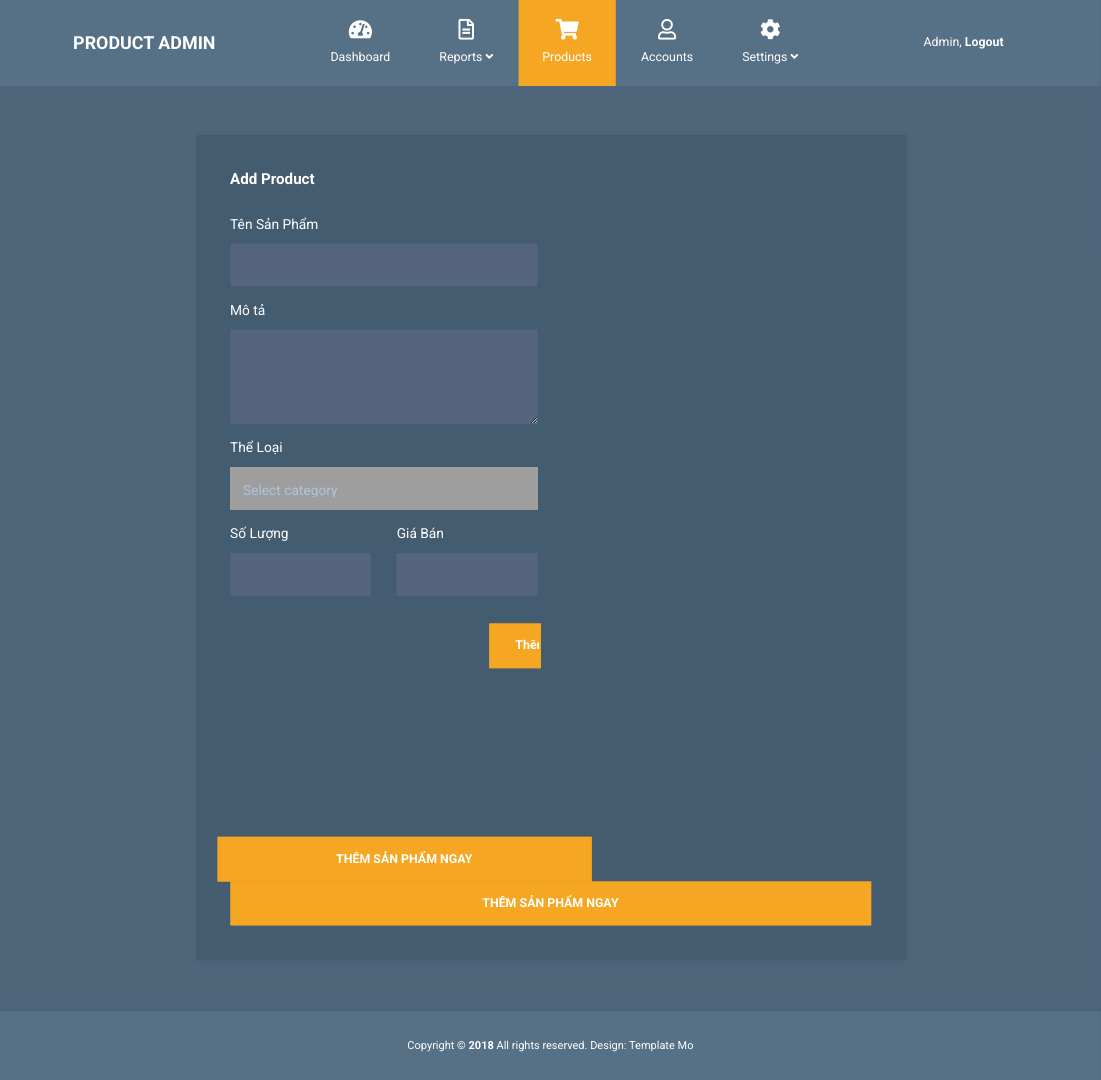
Repository: TruongNguyen0512/Bookhabor-ecommere-web
Page: http://localhost/bookHabor/add-product.jsp
An editor plug-in stored every save of this project. The page is shown before and after the next save, followed by the edit.
The browser window is 1280 px wide. The pictures show the whole page, at 86% of full size.
Pictures or frames that could not be fetched are drawn as grey boxes. The page is served by Tomcat 9. Nobody is signed in. The application's start-up code is not run. Other server files are loaded and not shown.

Above is the page before, as saved 2023-12-08 17:55:01.

### bookHabor/src/main/webapp/add-product.jsp
<%@ page language="java" contentType="text/html; charset=UTF-8"
	pageEncoding="UTF-8"%>
<!DOCTYPE html>
<html lang="en">
<head>
<meta charset="UTF-8" />
<meta name="viewport" content="width=device-width, initial-scale=1.0" />
<meta http-equiv="X-UA-Compatible" content="ie=edge" />
<title>Add Product - Dashboard HTML Template</title>
<link rel="stylesheet"
	href="https://fonts.googleapis.com/css?family=Roboto:400,700" />
<!-- https://fonts.google.com/specimen/Roboto -->
<link rel="stylesheet" href="css/fontawesome.min.css" />
<!-- https://fontawesome.com/ -->
<link rel="stylesheet" href="jquery-ui-datepicker/jquery-ui.min.css"
	type="text/css" />
<!-- http://api.jqueryui.com/datepicker/ -->
<link rel="stylesheet" href="css/bootstrap.min.css" />
<!-- https://getbootstrap.com/ -->
<link rel="stylesheet" href="css/templatemo-style.css">
<!--
	Product Admin CSS Template
	https://templatemo.com/tm-524-product-admin
	-->
</head>

<body>
	<nav class="navbar navbar-expand-xl">
		<div class="container h-100">
			<a class="navbar-brand" href="index.html">
				<h1 class="tm-site-title mb-0">Product Admin</h1>
			</a>
			<button class="navbar-toggler ml-auto mr-0" type="button"
				data-toggle="collapse" data-target="#navbarSupportedContent"
				aria-controls="navbarSupportedContent" aria-expanded="false"
				aria-label="Toggle navigation">
				<i class="fas fa-bars tm-nav-icon"></i>
			</button>

			<div class="collapse navbar-collapse" id="navbarSupportedContent">
				<ul class="navbar-nav mx-auto h-100">
					<li class="nav-item"><a class="nav-link" href="index.html">
							<i class="fas fa-tachometer-alt"></i> Dashboard <span
							class="sr-only">(current)</span>
					</a></li>
					<li class="nav-item dropdown"><a
						class="nav-link dropdown-toggle" href="#" id="navbarDropdown"
						role="button" data-toggle="dropdown" aria-haspopup="true"
						aria-expanded="false"> <i class="far fa-file-alt"></i> <span>
								Reports <i class="fas fa-angle-down"></i>
						</span>
					</a>
						<div class="dropdown-menu" aria-labelledby="navbarDropdown">
							<a class="dropdown-item" href="#">Daily Report</a> <a
								class="dropdown-item" href="#">Weekly Report</a> <a
								class="dropdown-item" href="#">Yearly Report</a>
						</div></li>
					<li class="nav-item"><a class="nav-link active"
						href="products.html"> <i class="fas fa-shopping-cart"></i>
							Products
					</a></li>

					<li class="nav-item"><a class="nav-link" href="accounts.html">
							<i class="far fa-user"></i> Accounts
					</a></li>
					<li class="nav-item dropdown"><a
						class="nav-link dropdown-toggle" href="#" id="navbarDropdown"
						role="button" data-toggle="dropdown" aria-haspopup="true"
						aria-expanded="false"> <i class="fas fa-cog"></i> <span>
								Settings <i class="fas fa-angle-down"></i>
						</span>
					</a>
						<div class="dropdown-menu" aria-labelledby="navbarDropdown">
							<a class="dropdown-item" href="#">Profile</a> <a
								class="dropdown-item" href="#">Billing</a> <a
								class="dropdown-item" href="#">Customize</a>
						</div></li>
				</ul>
				<ul class="navbar-nav">
					<li class="nav-item"><a class="nav-link d-block"
						href="login.html"> Admin, <b>Logout</b>
					</a></li>
				</ul>
			</div>
		</div>
	</nav>
	<div class="container tm-mt-big tm-mb-big">
		<div class="row">
			<div class="col-xl-9 col-lg-10 col-md-12 col-sm-12 mx-auto">
				<div class="tm-bg-primary-dark tm-block tm-block-h-auto">
					<div class="row">
						<div class="col-12">
							<h2 class="tm-block-title d-inline-block">Add Product</h2>
						</div>
					</div>
					<div class="row tm-edit-product-row">
						<div class="col-xl-6 col-lg-6 col-md-12">
							<form action="" class="tm-edit-product-form" method="POST">
								<div class="form-group mb-3">
									<label for="name">Tên Sản Phẩm </label> <input id="tenSanPham"
										name="tenSanPham" type="text" class="form-control validate"
										required />
								</div>
								<div class="form-group mb-3">
									<label for="description">Mô tả</label>
									<textarea class="form-control validate" rows="3" name="moTa"
										required></textarea>
								</div>
								<div class="form-group mb-3">
									<label for="category">Thể Loại</label> <select
										class="custom-select tm-select-accounts" id="category"
										name="category">
										<option selected>Select category</option>
										<option value="khoaHoc">Khoa Học</option>
										<option value="vanHoc">Văn Học</option>
										<option value="doiSong">Đời Sống</option>
									</select>
								</div>
								<div class="row">
									<div class="form-group mb-3 col-xs-12 col-sm-6">
										<label for="expire_date">Số Lượng</label> <input id=""
											name="soLuong" type="text" class="form-control validate"
											data-large-mode="true" />
									</div>
									<div class="form-group mb-3 col-xs-12 col-sm-6">
										<label for="stock">Giá Bán</label> <input id="stock"
											name="giaBan" type="text" class="form-control validate"
											required />
									</div>
								</div>
						</div>
						<div class="row tm-edit-product-row">
							<div class="col-xl-6 col-lg-6 col-md-12">
								<form action="" class="tm-edit-product-form" method="POST">
									<!-- Thêm các input cho tên sản phẩm, mô tả, thể loại, số lượng, giá bán ở đây -->
								</form>
							</div>
							<div class="row">
								<div class="col-xl-4 col-lg-4 col-md-4 mx-auto mb-4">
									<div class="tm-product-img-dummy mx-auto">
										<img id="uploadedImage1" src="" alt="Uploaded Image 1"
											style="display: none; max-width: 100%; height: auto;">
									</div>
									<input id="fileInput1" name="fileInput1" type="file"
										style="display: none;" onchange="previewImage(event, 1)">
								</div>
								<div class="col-xl-4 col-lg-4 col-md-4 mx-auto mb-4">
									<div class="tm-product-img-dummy mx-auto">
										<img id="uploadedImage2" src="" alt="Uploaded Image 2"
											style="display: none; max-width: 100%; height: auto;">
									</div>
									<input id="fileInput2" name="fileInput2" type="file"
										style="display: none;" onchange="previewImage(event, 2)">
								</div>
								<div class="col-xl-4 col-lg-4 col-md-4 mx-auto mb-4">
									<div class="tm-product-img-dummy mx-auto">
										<img id="uploadedImage3" src="" alt="Uploaded Image 3"
											style="display: none; max-width: 100%; height: auto;">
									</div>
									<input id="fileInput3" name="fileInput3" type="file"
										style="display: none;" onchange="previewImage(event, 3)">
								</div>
							</div>
							<div class="row">
								<div class="col-xl-6 col-lg-6 col-md-12 mx-auto mb-4">
									<div class="custom-file mt-3 mb-3">
										<input type="button" class="btn btn-primary btn-block mx-auto"
											value="Thêm Ảnh" onclick="openFileInput()">
									</div>
								</div>
							</div>
							<div class="col-12">
								<button type="submit"
									class="btn btn-primary btn-block text-uppercase"
									value="themSanPham">Thêm Sản Phẩm Ngay</button>
							</div>
						</div>
						<div class="col-12">
							<button type="submit"
								class="btn btn-primary btn-block text-uppercase"
								value="themSanPham">Thêm Sản Phẩm Ngay</button>
						</div>
						</form>
					</div>
				</div>
			</div>
		</div>
	</div>
	<footer class="tm-footer row tm-mt-small">
		<div class="col-12 font-weight-light">
			<p class="text-center text-white mb-0 px-4 small">
				Copyright &copy; <b>2018</b> All rights reserved. Design: <a
					rel="nofollow noopener" href="https://templatemo.com"
					class="tm-footer-link">Template Mo</a>
			</p>
		</div>
	</footer>

	<script src="js/jquery-3.3.1.min.js"></script>
	<!-- https://jquery.com/download/ -->
	<script src="jquery-ui-datepicker/jquery-ui.min.js"></script>
	<!-- https://jqueryui.com/download/ -->
	<script src="js/bootstrap.min.js"></script>
	<!-- https://getbootstrap.com/ -->
	<script>
		$(function() {
			$("#expire_date").datepicker();
		});
	</script>

	<script>
		let currentImageNumber = 1;

		function openFileInput() {
			if (currentImageNumber <= 3) {
				document.getElementById('fileInput' + currentImageNumber)
						.click();
				currentImageNumber++;
			}
		}

		function previewImage(event, imageNumber) {
			const input = event.target;
			if (input.files && input.files[0]) {
				const reader = new FileReader();

				reader.onload = function(e) {
					const imageId = 'uploadedImage' + imageNumber;
					const image = document.getElementById(imageId);
					image.src = e.target.result;
					image.style.display = 'block';
				};

				reader.readAsDataURL(input.files[0]);
			}
		}
	</script>
</body>
</html>

### bookHabor/src/main/webapp/css/templatemo-style.css
@charset "ISO-8859-1";
/*

Product Admin CSS Template

https://templatemo.com/tm-524-product-admin

*/

html {
  font-size: 16px;
  overflow-x: hidden;
}
body {
  font-family: Roboto, Helvetica, Arial, sans-serif;
  background-color: #4e657a;
  overflow-x: hidden;
}
a {
  transition: all 0.3s ease;
}
a:focus,
a:hover {
  text-decoration: none;
}
button:focus {
  outline: 0;
}
.navbar-brand {
  display: flex;
  align-items: center;
}
.tm-site-icon {
  color: #656565;
}
.tm-site-title {
  display: inline-block;
  text-transform: uppercase;
  font-size: 1.3rem;
  font-weight: 700;
  color: #fff;
}
.navbar {
  height: 100px;
  background-color: #567086;
  padding: 0;
}
.navbar .container {
  position: relative;
}
.tm-logout-icon {
  font-size: 1.5em;
}
.tm-mt-big {
  margin-top: 57px;
}
.tm-mb-big {
  margin-bottom: 60px;
}
.tm-mt-small {
  margin-top: 20px;
}
.tm-block-col {
  margin-bottom: 30px;
}
.tm-block {
  padding: 40px;
  -webkit-box-shadow: 1px 1px 5px 0 #455c71;
  -moz-box-shadow: 1px 1px 5px 0 #455c71;
  box-shadow: 1px 1px 5px 0 #455c71;
  min-height: 350px;
  height: 100%;
  max-height: 450px;
}
.tm-block-avatar,
.tm-block-settings {
  max-height: none;
}
.tm-block-avatar {
  height: auto;
}
.tm-block-h-auto {
  min-height: 1px;
  max-height: none;
  height: auto;
}
.tm-block-scroll {
  overflow-y: scroll;
}
.tm-block-overflow {
  overflow: hidden;
}
.tm-block-title {
  font-size: 1.1rem;
  font-weight: 700;
  color: #fff;
  margin-bottom: 30px;
}
.nav-link {
  color: #fff;
  height: 100%;
  display: flex;
  align-items: center;
  justify-content: center;
  flex-direction: column;
  font-size: 90%;
}
.nav-link > i {
  margin-bottom: 10px;
  margin-right: 0;
  font-size: 1.5rem;
}
.dropdown-item,
.nav-link {
  padding: 15px 20px;
}
.dropdown-menu {
  font-size: 90%;
  color: #fff;
  background-color: #567086;
  border-radius: 0;
  padding-top: 10px;
  padding-bottom: 10px;
  min-width: auto;
}
.dropdown-item {
  color: #fff;
  padding: 15px 30px;
}
.navbar-nav .active > .nav-link,
.navbar-nav .nav-link.active {
  background-color: #f5a623;
  color: #fff;
}
.navbar-nav .nav-link.active i {
  color: #fff;
}
.dropdown-item:focus,
.dropdown-item:hover {
  background-color: #567086;
}
.navbar-nav a:hover,
.navbar-nav a:hover i {
  color: #f5a623;
}
.nav-item {
  text-align: center;
}
.nav-item:last-child {
  margin-right: 0;
}
.dropdown-toggle::after {
  display: none;
}
.dropdown-menu {
  margin-top: 0;
  border: 0;
}
.tm-content-row {
  justify-content: space-between;
  margin-left: -20px;
  margin-right: -20px;
}
.tm-col {
  padding-left: 20px;
  padding-right: 20px;
  margin-bottom: 50px;
}
.tm-col-big {
  width: 39%;
}
.tm-col-small {
  width: 21.95%;
}
.tm-gray-circle {
  width: 80px;
  height: 80px;
  background-color: #aaa;
  border-radius: 50%;
  margin-right: 15px;
}
.tm-notification-items {
  overflow-y: scroll;
  height: 90%;
}
.tm-notification-item {
  padding: 15px;
  background-color: #4e657a;
  color: #fff;
  font-size: 95%;
  margin-bottom: 15px;
}
.tm-notification-item:last-child {
  margin-bottom: 0;
}
.tm-notification-link {
  color: #f5a623;
}
.tm-text-color-secondary {
  color: #bdcbd8;
}
.tm-small {
  font-size: 90%;
}
.table {
  background-color: #50697f;
  color: #fff;
  font-size: 85%;
  margin-bottom: 0;
}
thead {
  background-color: #486177;
  color: #fff;
}
.table thead th {
  border-bottom: 0;
}
.tm-status-circle {
  display: inline-block;
  margin-right: 5px;
  vertical-align: middle;
  width: 5px;
  height: 5px;
  border-radius: 50%;
  margin-top: -3px;
}
.moving {
  background-color: #9be64d;
  box-shadow: 0 0 8px #9be64d, inset 0 0 8px #9be64d;
}
.pending {
  background-color: #efc54b;
  box-shadow: 0 0 8px #efc54b, inset 0 0 8px #efc54b;
}
.cancelled {
  background-color: #da534f;
  box-shadow: 0 0 8px #da534f, inset 0 0 8px #da534f;
}
.tm-avatar {
  width: 345px;
}
.tm-avatar-container {
  position: relative;
  cursor: pointer;
  display: flex;
  align-items: center;
  flex-direction: column;
}
.tm-avatar-delete-link {
  position: absolute;
  left: 50%;
  top: 50%;
  margin-left: -25px;
  margin-top: -25px;
  z-index: 1000;
  padding: 14px;
  border-radius: 50%;
  background-color: rgba(57, 78, 100, 0.7);
  display: inline-block;
  width: 50px;
  height: 50px;
  text-align: center;
  display: none;
  transition: all 0.2s ease;
}
.tm-avatar-container:hover .tm-avatar-delete-link {
  display: block;
}
.tm-col-avatar {
  max-width: 425px;
  width: 37%;
  padding-left: 15px;
  padding-right: 15px;
}
.tm-col-account-settings {
  max-width: 822px;
  width: 63%;
  padding-left: 15px;
  padding-right: 15px;
}
.form-control {
  background-color: #54657d;
  color: #fff;
  border: 0;
}
.form-control:focus {
  background-color: #60738e;
  color: #fff;
  border-color: transparent;
  box-shadow: 0 0 0 0.1rem rgb(180, 206, 233, 0.5);
}
.form-group label {
  color: #fff;
  margin-bottom: 10px;
}
.tm-hide-sm {
  display: block;
}
.tm-list-group {
  counter-reset: myOrderedListItemsCounter;
  padding-left: 0;
}
.tm-list-group > li {
  list-style-type: none;
  position: relative;
  cursor: pointer;
  transition: all 0.3s ease;
  padding: 8px;
}
.tm-list-group > li:hover {
  color: #0266c4;
}
.tm-list-group > li:before {
  counter-increment: myOrderedListItemsCounter;
  content: counter(myOrderedListItemsCounter) ".";
  margin-right: 0.5em;
}
.tm-list {
  padding-left: 30px;
}
.tm-list > li {
  margin-bottom: 20px;
}
.form-control {
  padding: 19px 18px;
  border-radius: 0;
  height: 50px;
}
.form-group {
  margin-bottom: 15px;
}
.btn {
  border-radius: 0;
  padding: 13px 28px;
  transition: all 0.2s ease;
  max-width: 100%;
}
.btn-small {
  padding: 10px 24px;
}
.btn-primary {
  color: #fff;
  background-color: #f5a623;
  border: 2px solid #f5a623;
  font-size: 90%;
  font-weight: 600;
}
.btn-primary:active,
.btn-primary:hover {
  color: #f5a623;
  background-color: transparent;
  border: 2px solid #f5a623;
}
.custom-file-input {
  cursor: pointer;
}
.custom-file-label {
  border-radius: 0;
}
.table td,
.table th {
  border-top: 1px solid #415a70;
  padding: 15px 25px;
  vertical-align: middle;
}
.tm-table-small td,
.tm-table-small th {
  padding-left: 12px;
  padding-right: 12px;
}
.table-hover tbody tr {
  transition: all 0.2s ease;
}
.table-hover tbody tr:hover {
  color: #a0c0de;
}
.tm-bg-primary-dark {
  background-color: #435c70;
}
.tm-bg-gray {
  background-color: rgba(0, 0, 0, 0.05);
}
.tm-table-mt {
  margin-top: 66px;
}
.page-item:first-child .page-link {
  border-top-left-radius: 0;
  border-bottom-left-radius: 0;
}
.page-item:last-child .page-link {
  border-top-right-radius: 0;
  border-bottom-right-radius: 0;
}
.page-link {
  padding: 12px 18px;
}
.page-link,
.page-link:hover {
  color: #000;
}
.page-item {
  margin-right: 18px;
}
.page-item:last-child {
  margin-right: 0;
}
.page-item.active .page-link {
  background-color: #e9ecef;
  border-color: #dee2e6;
  color: #000;
}
input[type="checkbox"] {
  cursor: pointer;
  -webkit-appearance: none;
  appearance: none;
  background-color: #394e64;
  background-position: center;
  border-radius: 50%;
  box-sizing: border-box;
  position: relative;
  box-sizing: content-box;
  width: 24px;
  height: 24px;
  transition: all 0.1s linear;
}
input[type="checkbox"]:checked {
  background: url(../img/check-mark.png) #394e64 center no-repeat;
}
input[type="checkbox"]:focus {
  outline: 0 none;
  box-shadow: none;
}
.tm-block-products {
  min-height: 725px;
}
.tm-block-product-categories {
  min-height: 650px;
}
.tm-product-table-container {
  max-height: 465px;
  margin-bottom: 15px;
  overflow-y: scroll;
}
.tm-product-table tr {
  font-weight: 600;
}
.tm-product-name {
  font-size: 0.95rem;
  font-weight: 600;
}
.tm-product-delete-icon {
  font-size: 1.1rem;
  color: #fff;
}
.tm-product-delete-link {
  padding: 10px;
  border-radius: 50%;
  background-color: #394e64;
  display: inline-block;
  width: 40px;
  height: 40px;
  text-align: center;
}
.tm-product-delete-link:hover .tm-product-delete-icon {
  color: #6d8ca6;
}
.custom-select {
  width: 100%;
  border: none;
  color: #acc6de;
  height: 50px;
  -webkit-appearance: none;
  -moz-appearance: none;
  -ms-appearance: none;
  -o-appearance: none;
  appearance: none;
  -webkit-border-radius: 0;
  -moz-border-radius: 0;
  -ms-border-radius: 0;
  -o-border-radius: 0;
  border-radius: 0;
  padding: 15px;
  background: url(../img/arrow-down.png) 98% no-repeat #50657b;
}
.custom-select:focus {
  outline: 0;
}
.tm-trash-icon {
  color: #6e6c6c;
  cursor: pointer;
}
.tm-trash-icon:hover {
  color: #9f1321;
}
.tm-footer {
  background-color: #567086;
  padding-top: 30px;
  padding-bottom: 30px;
  -webkit-box-shadow: 0 -3px 5px 0 rgba(69, 92, 113, 0.59);
  -moz-box-shadow: 0 -3px 5px 0 rgba(69, 92, 113, 0.59);
  box-shadow: 0 -3px 5px 0 rgba(69, 92, 113, 0.59);
}
.custom-select {
  height: 50px;
  border-radius: 0;
}
.tm-product-img-dummy {
  max-width: 100%;
  height: 240px;
  display: flex;
  align-items: center;
  justify-content: center;
  color: #fff;
  background: #aaa;
}
.tm-product-img-edit {
  max-width: 100%;
  position: relative;
}
.tm-product-img-edit i {
  display: none;
  position: absolute;
}
.tm-product-img-edit:hover i {
  display: block;
}
.tm-upload-icon {
  background: #455c71;
  width: 55px;
  height: 55px;
  border-radius: 50%;
  text-align: center;
  padding-top: 15px;
  font-size: 22px;
}
.tm-login-col {
  max-width: 470px;
}
.navbar-toggler {
  border-color: #708da8;
  box-shadow: rgba(255, 255, 255, 0.1) 0 1px 1px 2px;
  border-radius: 0;
  padding: 10px 15px;
  transition: all 0.2s ease;
}
.navbar-toggler:hover {
  border-color: #f5a623;
  color: #f5a623;
}
.tm-nav-icon {
  color: #fff;
}
.navbar-toggler:hover .tm-nav-icon {
  color: #f5a623;
}
::-webkit-scrollbar {
  width: 8px;
  height: 8px;
}
::-webkit-scrollbar-track {
  background: #394f62;
}
::-webkit-scrollbar-thumb {
  background: #6d8da6;
}
::-webkit-scrollbar-thumb:hover {
  background: #8ab5d6;
}

.tm-footer-link {
  color: white;
}

.tm-footer-link:hover,
.tm-footer-link:focus {
  color: #aacbea;
}

@media (min-width: 1200px) {
  .navbar-expand-xl .navbar-nav .nav-link {
    padding-left: 28px;
    padding-right: 28px;
  }
  .navbar-collapse {
    height: 100%;
  }
}
@media (min-width: 992px) {
  .navbar-expand-lg .navbar-nav .nav-link {
    padding: 15px 20px;
  }
}
@media (max-width: 1275px) and (min-width: 1200px) {
  .nav-item {
    margin-right: 15px;
  }
}
@media (max-width: 1350px) {
  .nav-item {
    margin-right: 1px;
  }
}
@media (max-width: 1199px) {
  .tm-col-big,
  .tm-col-small {
    width: 49.65%;
  }
  .navbar-collapse {
    padding: 0;
    box-shadow: rgba(255, 255, 255, 0.1) 0 1px 1px 1px;
    position: absolute;
    top: 72px;
    right: 20px;
    width: 200px;
    z-index: 1000;
  }
  .dropdown-menu {
    text-align: center;
  }
  .nav-link {
    color: #fff;
    background-color: #567086;
    padding: 15px;
    flex-direction: row;
  }
  .nav-link > i {
    font-size: 1rem;
    margin-right: 10px;
    margin-bottom: 0;
  }
  .nav-item {
    margin-right: 0;
  }
  .tm-block-taller {
    max-height: 520px;
  }
}
@media (max-width: 1199.98px) {
  .navbar-expand-xl > .container,
  .navbar-expand-xl > .container-fluid {
    padding-left: 15px;
    padding-right: 15px;
  }
  .navbar-collapse {
    right: 15px;
  }
}
@media (max-width: 991px) {
  .tm-col-big,
  .tm-col-small {
    width: 100%;
    min-height: 383px;
    height: auto;
  }
  .tm-block {
    padding: 30px;
  }
}
@media (max-width: 767px) {
  .tm-col-account-settings,
  .tm-col-avatar {
    width: 100%;
    max-width: 100%;
  }
  .tm-block-avatar {
    display: flex;
    flex-direction: column;
  }
  .tm-avatar {
    align-self: center;
  }
  .tm-hide-sm {
    display: none;
  }
}
@media (max-width: 633px) {
  .page-item {
    margin-top: 10px;
  }
  .custom-select {
    background-position: 96%;
  }
}
@media (max-width: 574px) {
  .navbar-collapse {
    top: 47px;
  }
  .navbar {
    height: 50px;
  }
  .tm-site-title {
    font-size: 1.4rem;
    margin-left: 7px;
  }
  .tm-site-icon {
    font-size: 2em;
  }
}
@media (max-width: 480px) {
  .tm-mt-big {
    margin-top: 45px;
  }
  .tm-mb-big {
    margin-bottom: 45px;
  }
  #barChart,
  #lineChart {
    max-height: 350px;
  }
}

Loaded but not shown: bookHabor/src/main/webapp/css/fontawesome.min.css (library); bookHabor/src/main/webapp/jquery-ui-datepicker/jquery-ui.min.css (library); bookHabor/src/main/webapp/css/bootstrap.min.css (library); bookHabor/src/main/webapp/js/jquery-3.3.1.min.js (library); bookHabor/src/main/webapp/jquery-ui-datepicker/jquery-ui.min.js (library); bookHabor/src/main/webapp/js/bootstrap.min.js (library)

After the next save:
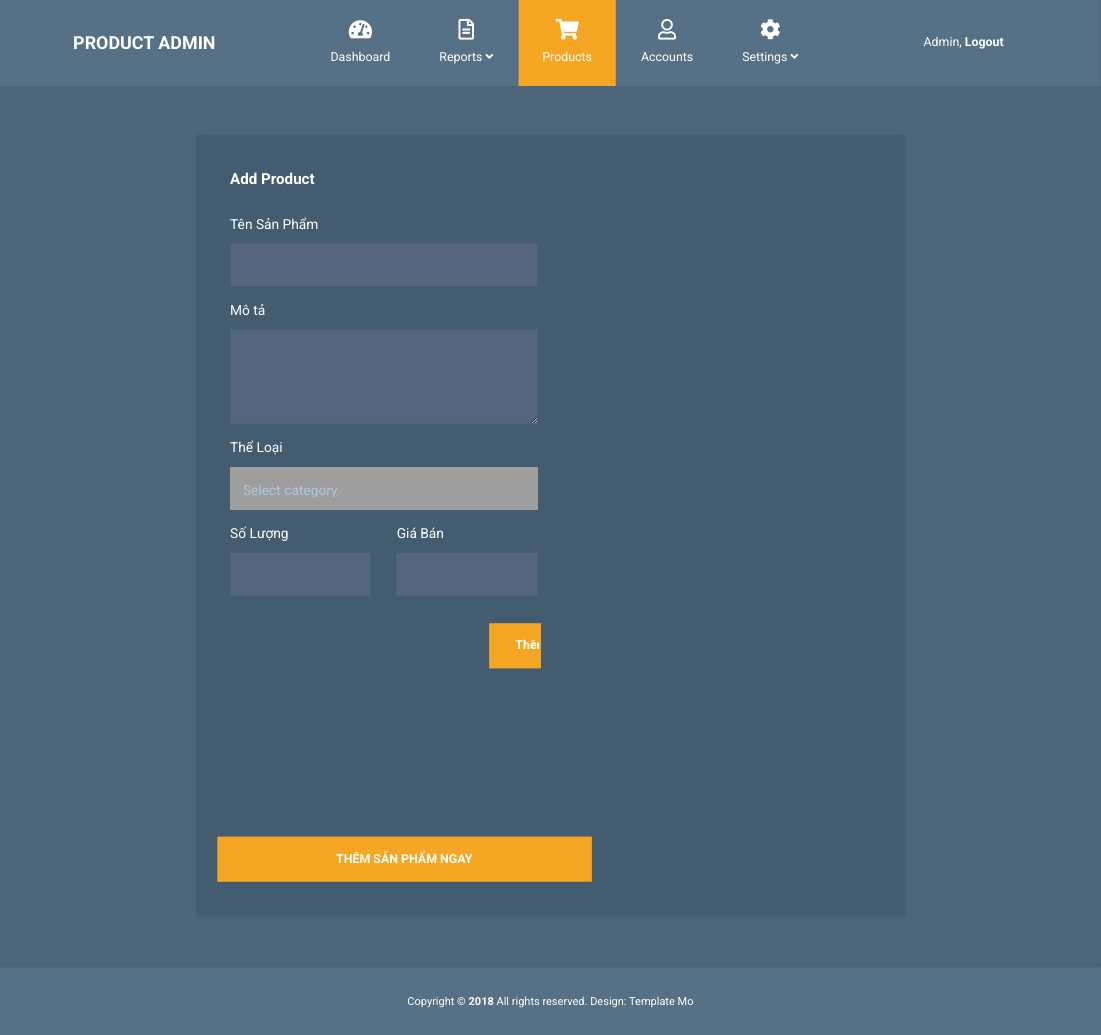
Saved 2 min 18 s later.
--- a/bookHabor/src/main/webapp/add-product.jsp
+++ b/bookHabor/src/main/webapp/add-product.jsp
@@ -175,11 +175,6 @@
 									value="themSanPham">Thêm Sản Phẩm Ngay</button>
 							</div>
 						</div>
-						<div class="col-12">
-							<button type="submit"
-								class="btn btn-primary btn-block text-uppercase"
-								value="themSanPham">Thêm Sản Phẩm Ngay</button>
-						</div>
 						</form>
 					</div>
 				</div>
